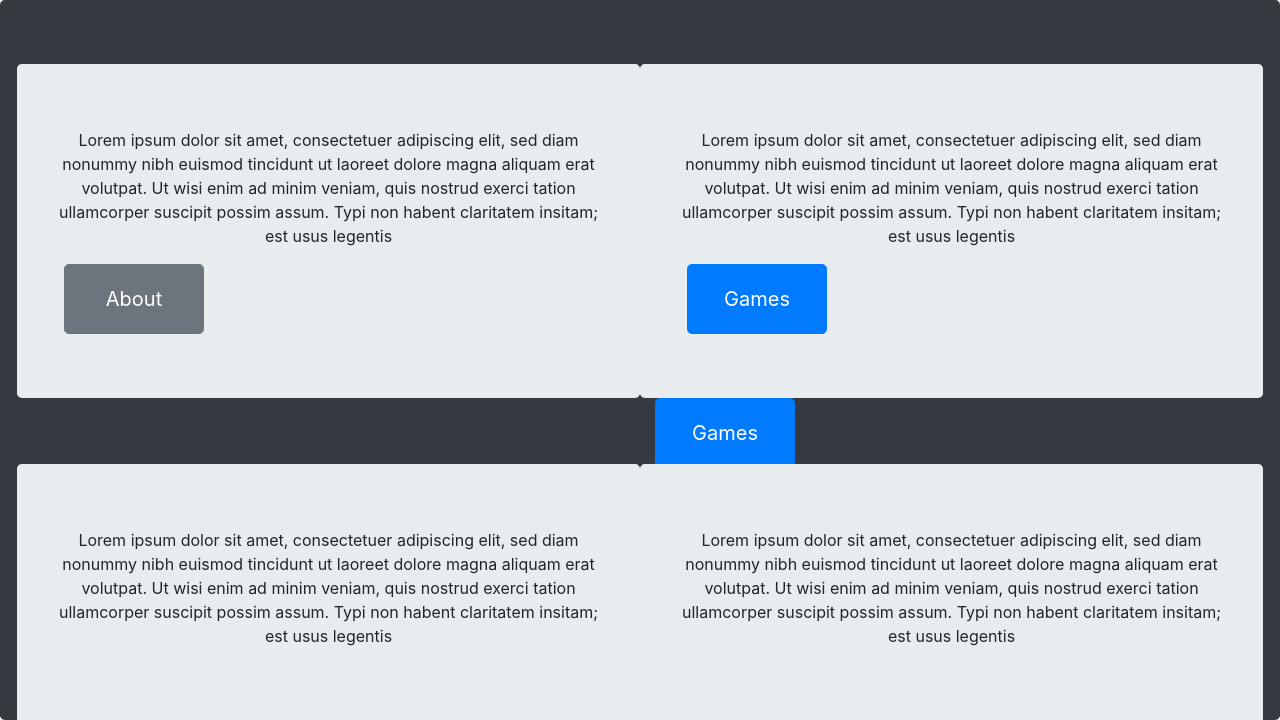
Repository: Kamicoda/Noteblock
Page: index.html
The author's editor kept a record of every edit. The page is drawn from the files as they stood at one moment, then again after the next edit.
The browser window is 1280 px wide. The pictures show the whole page.
Some web libraries are served in a nearby version.

Above is the page before.

After the next edit:
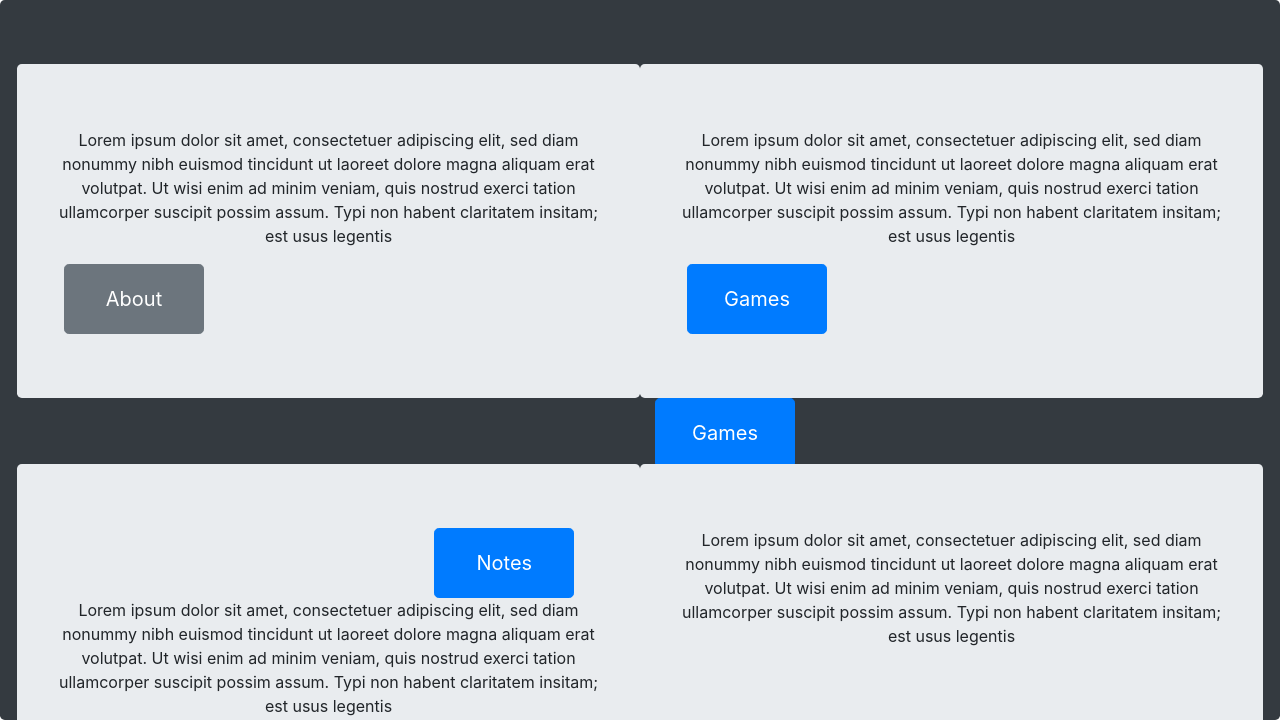
The edit:
--- a/index.html
+++ b/index.html
@@ -82,6 +82,9 @@
                         <div class="jumbotron">
                             <div class="row">
                                 <div class="col">
+                                    <div class="col">
+                                        <button type="button" class="btn btn-primary btn-lg bnotes justify-content-end ">Notes</button>
+                                    </div>
                                     <p>Lorem ipsum dolor sit amet, consectetuer adipiscing elit, sed diam nonummy nibh euismod tincidunt ut laoreet dolore magna aliquam erat volutpat. Ut wisi enim ad minim veniam, quis nostrud exerci tation ullamcorper suscipit
                                         possim assum. Typi non habent claritatem insitam; est usus legentis
                                     </p>
